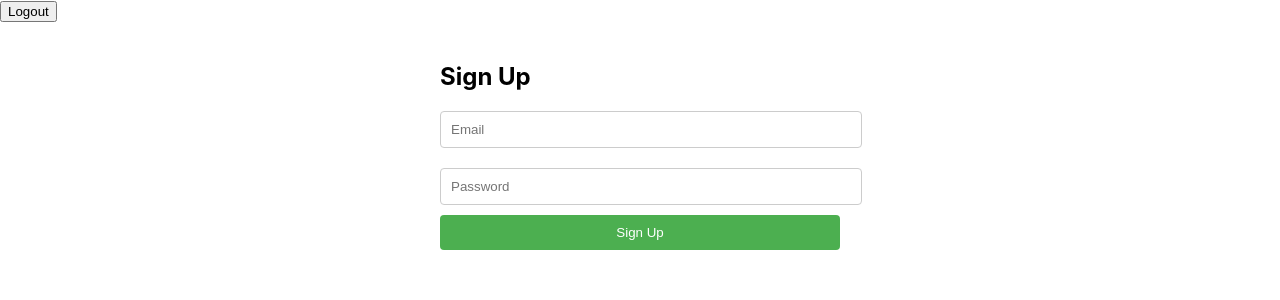
Repository: GowrishankarSMenon/jobTracker
Page: /signup (app in job-tracker/client/)
An editor plug-in stored every save of this project. The page is shown before and after the next save, followed by the edit.
The browser window is 1280 px wide. The pictures show the whole page.
The project was rebuilt for these pictures with package versions that can differ from the ones it lists, and the page was loaded fresh each time. Also part of the build but not shown: job-tracker/client/src/pages/Login.js, job-tracker/client/src/pages/Home.js.

Above is the page before, as saved 2024-12-28 15:09:38.

### job-tracker/client/src/index.js
import React from 'react';
import ReactDOM from 'react-dom/client';
import './index.css';
import App from './App';
import reportWebVitals from './reportWebVitals';
import {BrowserRouter} from 'react-router-dom';

const root = ReactDOM.createRoot(document.getElementById('root'));
root.render(
  <BrowserRouter>
  <React.StrictMode>
    <App />
  </React.StrictMode>
  </BrowserRouter>
);

// If you want to start measuring performance in your app, pass a function
// to log results (for example: reportWebVitals(console.log))
// or send to an analytics endpoint. Learn more: https://bit.ly/CRA-vitals
reportWebVitals();

### job-tracker/client/src/App.js
import React, { useState } from 'react';
import { Routes, Route, useNavigate } from 'react-router-dom';
import { Auth0Provider } from '@auth0/auth0-react';  // You can keep this for other auth if you want
import Home from './pages/Home';
import Login from './pages/Login';
import Signup from './pages/Signup';

const App = () => {
  const [user, setUser] = useState(null);
  const [token, setToken] = useState(localStorage.getItem('authToken')); // Retrieve token if available

  const navigate = useNavigate();

  const handleLogout = () => {
    setUser(null);
    setToken(null);
    localStorage.removeItem('authToken');  // Remove token from localStorage
    navigate('/login');  // Redirect to login page
  };

  return (
    <div>
      <Auth0Provider
        domain="dev-yx51zo7bdgwb2h76.us.auth0.com"
        clientId="6yANjqkhGlke1mLDa5mfUaS9F5xllYwE"
        authorizationParams={{ redirect_uri: window.location.origin }}
      >
        <nav>
          <button onClick={handleLogout}>Logout</button>
        </nav>
        <Routes>
          <Route path="/" element={<Home user={user} setUser={setUser} setToken={setToken} />} />
          <Route path="/login" element={<Login setUser={setUser} setToken={setToken} />} />
          <Route path="/signup" element={<Signup setUser={setUser} setToken={setToken} />} />
          <Route path="/home" element={<Home user={user} setUser={setUser} setToken={setToken} />} />
        </Routes>
      </Auth0Provider>
    </div>
  );
};

export default App;

### job-tracker/client/src/pages/Signup.js
import React, { useState } from 'react';
import axios from 'axios';
import { useNavigate } from 'react-router-dom';

const Signup = ({ setUser, setToken }) => {
  const [email, setEmail] = useState('');
  const [password, setPassword] = useState('');
  const [loading, setLoading] = useState(false); // Loading state for UX
  const [errorMessage, setErrorMessage] = useState(''); // Error message for better feedback
  const navigate = useNavigate(); // Navigation hook

  const handleSubmit = async (e) => {
    e.preventDefault();
    setLoading(true);
    setErrorMessage(''); // Reset error message on form submit

    try {
      const response = await axios.post('http://localhost:5000/api/auth/signup', { email, password });

      console.log('Signup response:', response.data); // Debug response

      // Save user and token in state
      setUser(response.data.user);
      setToken(response.data.token);

      // Store token in localStorage for persistence
      localStorage.setItem('authToken', response.data.token);

      // Redirect to login page
      navigate('/login');
    } catch (error) {
      console.error('Signup error:', error);

      if (error.response && error.response.data && error.response.data.message) {
        setErrorMessage(error.response.data.message); // Display backend error
      } else {
        setErrorMessage('An unexpected error occurred. Please try again later.');
      }
    } finally {
      setLoading(false); // Stop the loading spinner
    }
  };

  return (
    <div style={{ maxWidth: '400px', margin: '0 auto', padding: '20px' }}>
      <h2>Sign Up</h2>
      {errorMessage && (
        <div style={{ color: 'red', marginBottom: '10px' }}>{errorMessage}</div>
      )}
      <form onSubmit={handleSubmit}>
        <div style={{ marginBottom: '10px' }}>
          <input
            type="email"
            placeholder="Email"
            value={email}
            onChange={(e) => setEmail(e.target.value)}
            required
            style={{
              width: '100%',
              padding: '10px',
              marginBottom: '10px',
              border: '1px solid #ccc',
              borderRadius: '4px',
            }}
          />
        </div>
        <div style={{ marginBottom: '10px' }}>
          <input
            type="password"
            placeholder="Password"
            value={password}
            onChange={(e) => setPassword(e.target.value)}
            required
            minLength="6"
            style={{
              width: '100%',
              padding: '10px',
              border: '1px solid #ccc',
              borderRadius: '4px',
            }}
          />
        </div>
        <button
          type="submit"
          disabled={loading} // Disable button during signup
          style={{
            width: '100%',
            padding: '10px',
            backgroundColor: loading ? '#ccc' : '#4CAF50',
            color: 'white',
            border: 'none',
            borderRadius: '4px',
            cursor: loading ? 'not-allowed' : 'pointer',
          }}
        >
          {loading ? 'Signing Up...' : 'Sign Up'}
        </button>
      </form>
    </div>
  );
};

export default Signup;

Loaded but not shown: job-tracker/client/public/index.html (common file); job-tracker/client/src/index.css (common file); job-tracker/client/src/reportWebVitals.js (common file)

After the next save:
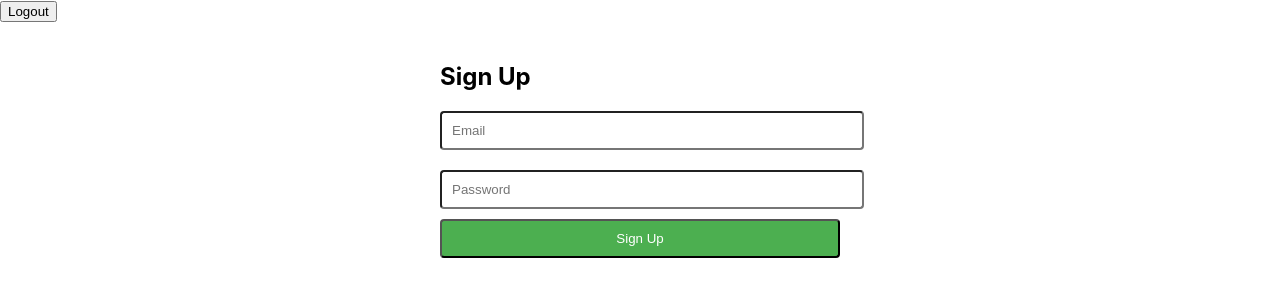
Saved 8 s later.
--- a/job-tracker/client/src/pages/Signup.js
+++ b/job-tracker/client/src/pages/Signup.js
@@ -1,52 +1,49 @@
 import React, { useState } from 'react';
 import axios from 'axios';
-import { useNavigate } from 'react-router-dom';
+import { useNavigate } from 'react-router-dom'; // Import useNavigate for navigation
 
 const Signup = ({ setUser, setToken }) => {
   const [email, setEmail] = useState('');
   const [password, setPassword] = useState('');
-  const [loading, setLoading] = useState(false); // Loading state for UX
-  const [errorMessage, setErrorMessage] = useState(''); // Error message for better feedback
-  const navigate = useNavigate(); // Navigation hook
+  const [loading, setLoading] = useState(false);
+  const [errorMessage, setErrorMessage] = useState('');
+  const navigate = useNavigate(); // Initialize useNavigate for redirection
 
   const handleSubmit = async (e) => {
     e.preventDefault();
     setLoading(true);
-    setErrorMessage(''); // Reset error message on form submit
+    setErrorMessage('');
 
     try {
       const response = await axios.post('http://localhost:5000/api/auth/signup', { email, password });
 
-      console.log('Signup response:', response.data); // Debug response
+      // Save user and token in state
+      setToken(response.data.token);
+      setUser(response.data.user);
 
-      // Save user and token in state
-      setUser(response.data.user);
-      setToken(response.data.token);
-
-      // Store token in localStorage for persistence
+      // Store token in localStorage
       localStorage.setItem('authToken', response.data.token);
 
-      // Redirect to login page
-      navigate('/login');
+      // Redirect to /home after successful signup
+      navigate('/home');
     } catch (error) {
       console.error('Signup error:', error);
 
+      // Set error message based on response or generic fallback
       if (error.response && error.response.data && error.response.data.message) {
-        setErrorMessage(error.response.data.message); // Display backend error
+        setErrorMessage(error.response.data.message);
       } else {
         setErrorMessage('An unexpected error occurred. Please try again later.');
       }
     } finally {
-      setLoading(false); // Stop the loading spinner
+      setLoading(false);
     }
   };
 
   return (
     <div style={{ maxWidth: '400px', margin: '0 auto', padding: '20px' }}>
       <h2>Sign Up</h2>
-      {errorMessage && (
-        <div style={{ color: 'red', marginBottom: '10px' }}>{errorMessage}</div>
-      )}
+      {errorMessage && <div style={{ color: 'red', marginBottom: '10px' }}>{errorMessage}</div>}
       <form onSubmit={handleSubmit}>
         <div style={{ marginBottom: '10px' }}>
           <input
@@ -55,13 +52,7 @@ const Signup = ({ setUser, setToken }) => {
             value={email}
             onChange={(e) => setEmail(e.target.value)}
             required
-            style={{
-              width: '100%',
-              padding: '10px',
-              marginBottom: '10px',
-              border: '1px solid #ccc',
-              borderRadius: '4px',
-            }}
+            style={{ width: '100%', padding: '10px', marginBottom: '10px', borderRadius: '4px' }}
           />
         </div>
         <div style={{ marginBottom: '10px' }}>
@@ -72,23 +63,17 @@ const Signup = ({ setUser, setToken }) => {
             onChange={(e) => setPassword(e.target.value)}
             required
             minLength="6"
-            style={{
-              width: '100%',
-              padding: '10px',
-              border: '1px solid #ccc',
-              borderRadius: '4px',
-            }}
+            style={{ width: '100%', padding: '10px', borderRadius: '4px' }}
           />
         </div>
         <button
           type="submit"
-          disabled={loading} // Disable button during signup
+          disabled={loading}
           style={{
             width: '100%',
             padding: '10px',
             backgroundColor: loading ? '#ccc' : '#4CAF50',
             color: 'white',
-            border: 'none',
             borderRadius: '4px',
             cursor: loading ? 'not-allowed' : 'pointer',
           }}
